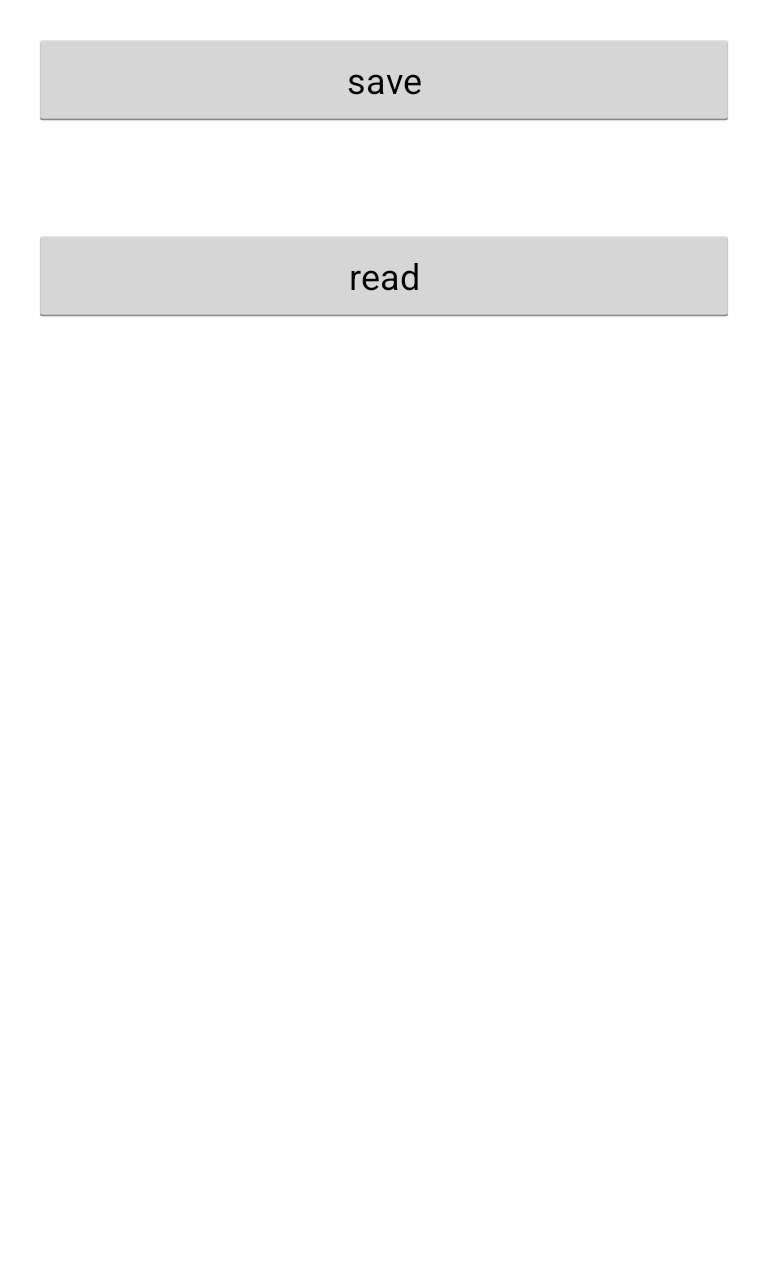
Repository: ZhenHangZhang/workspace
Layout: ZHZFileTest/res/layout/activity_main.xml
An editor plug-in stored every save of this project. The layout is shown before and after the next save, followed by the edit.
It is drawn on a 768 x 1280 px phone screen (xhdpi) without system bars, with theme AppTheme; the app's code is not run.

Above is the layout before, as saved 2017-06-09 13:23:43.

After the next save:
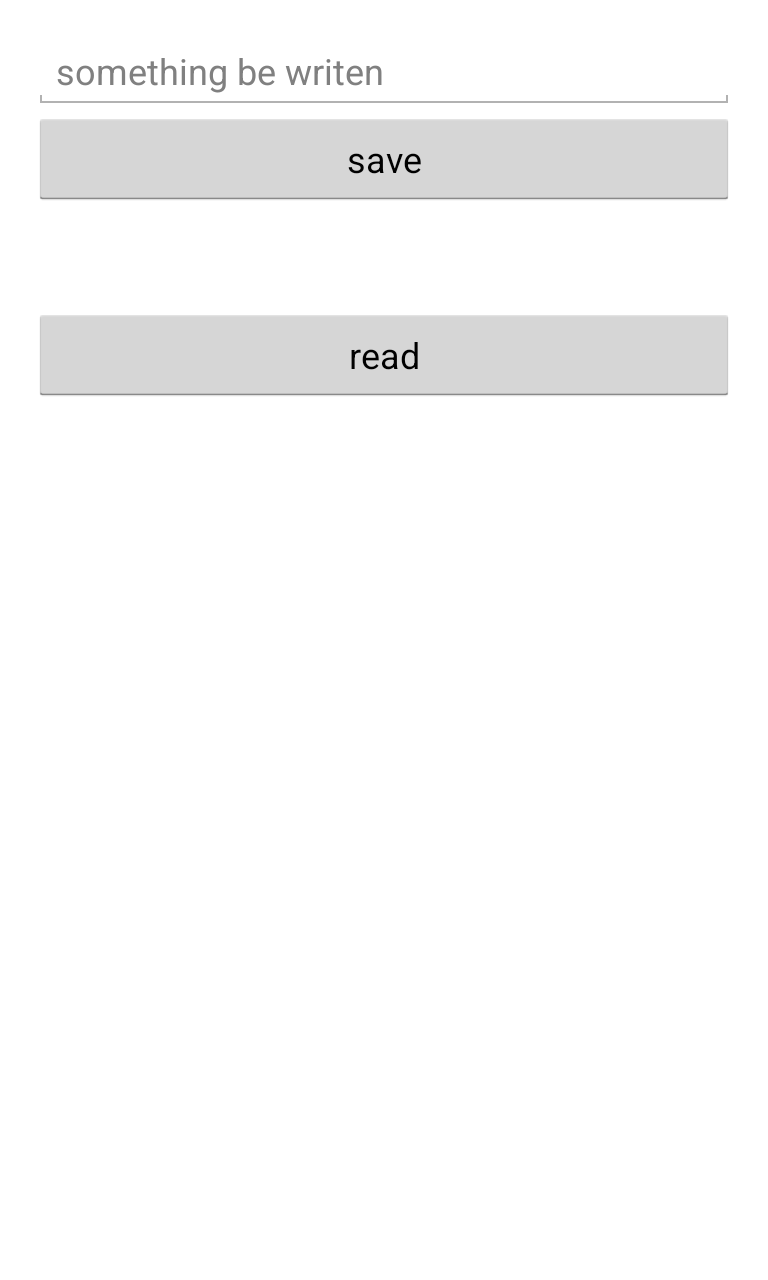
Saved 12 min 48 s later.
--- a/ZHZFileTest/res/layout/activity_main.xml
+++ b/ZHZFileTest/res/layout/activity_main.xml
@@ -8,10 +8,18 @@
     android:paddingTop="@dimen/activity_vertical_margin"
     tools:context="com.example.zhzfiletest.MainActivity" >
 
+  <EditText
 
+      android:id="@+id/data"
+      android:layout_width="match_parent"
+      android:layout_height="wrap_content"
+      android:hint="something be writen"
+
+      />
     <Button
 
         android:id="@+id/save"
+        android:layout_below="@+id/data"
         android:layout_width="match_parent"
         android:layout_height="wrap_content"
         android:text="save"
